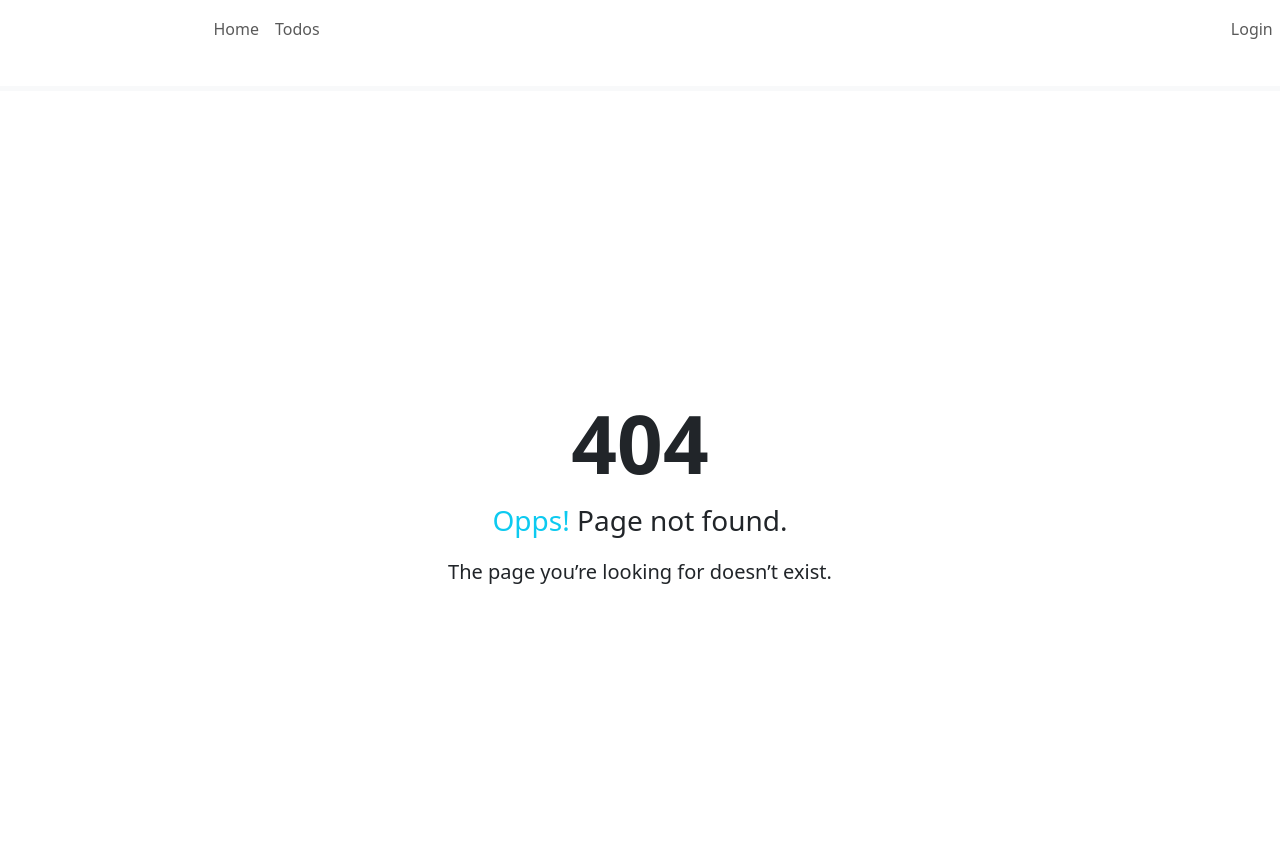
Repository: oboioz/SimpleTodoApp
Page: /welcome (app in SimpleTodoAppFrontEnd/todo-app/)
The author's editor kept a copy of each file at every save. The page is drawn from the files as they stood at one save, then again after the next save.
The browser window is 1280 px wide. The pictures show the whole page.
The project was rebuilt for these pictures with package versions that can differ from the ones it lists, and the page was loaded fresh each time. Also part of the build but not shown: SimpleTodoAppFrontEnd/todo-app/src/components/todo/Login/LoginComponent.jsx, SimpleTodoAppFrontEnd/todo-app/src/components/todo/Welcome/WelcomeStyle.css, SimpleTodoAppFrontEnd/todo-app/src/components/todo/Welcome/WelcomeComponent.jsx, SimpleTodoAppFrontEnd/todo-app/src/components/todo/list-todo/ListTodoComponent.jsx, SimpleTodoAppFrontEnd/todo-app/src/components/todo/logout/LogOutComponent.jsx.

Above is the page before, as saved 2024-04-06 16:18:49.

After the next save:
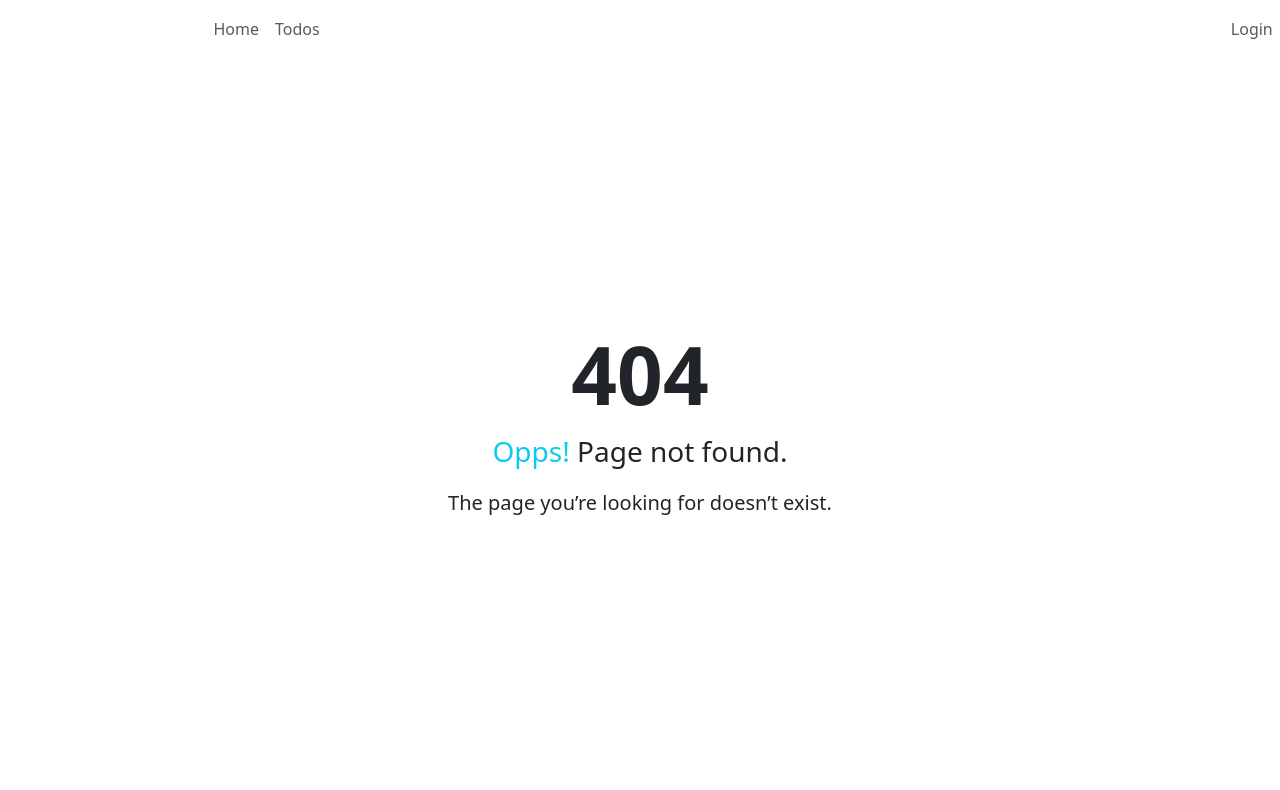
Saved 4 min 16 s later.
--- a/SimpleTodoAppFrontEnd/todo-app/src/components/todo/header/HeaderComponent.jsx
+++ b/SimpleTodoAppFrontEnd/todo-app/src/components/todo/header/HeaderComponent.jsx
@@ -15,7 +15,7 @@ function HeaderComponent() {
 
     return (
 
-        <header className="border-bottom border-light border-5 mb-5 p-2">
+        <header>
             <div className="container">
                 <div className="row">
                     <nav className="navbar navbar-expand-lg transparent-navbar">
